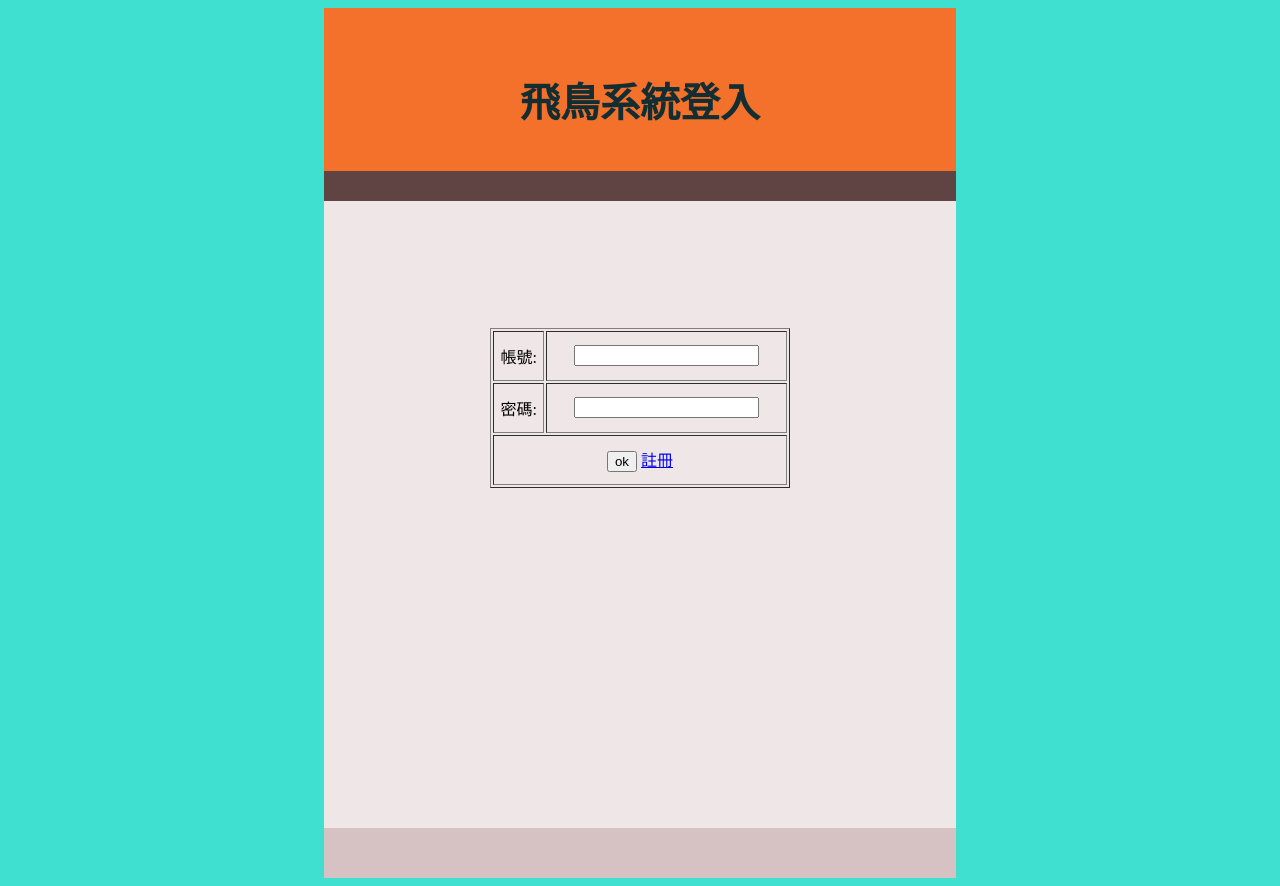
Repository: pride0420/portfolio
Page: Portfolio/1_springBoot/src/main/resources/static/index.html
These files come from the project's save history. The page is drawn as it stood at one moment and after the next save; the edit follows.
The browser window is 1280 px wide. The pictures show the whole page.

Above is the page before, as saved 2023-11-30 14:51:20.

After the next save:
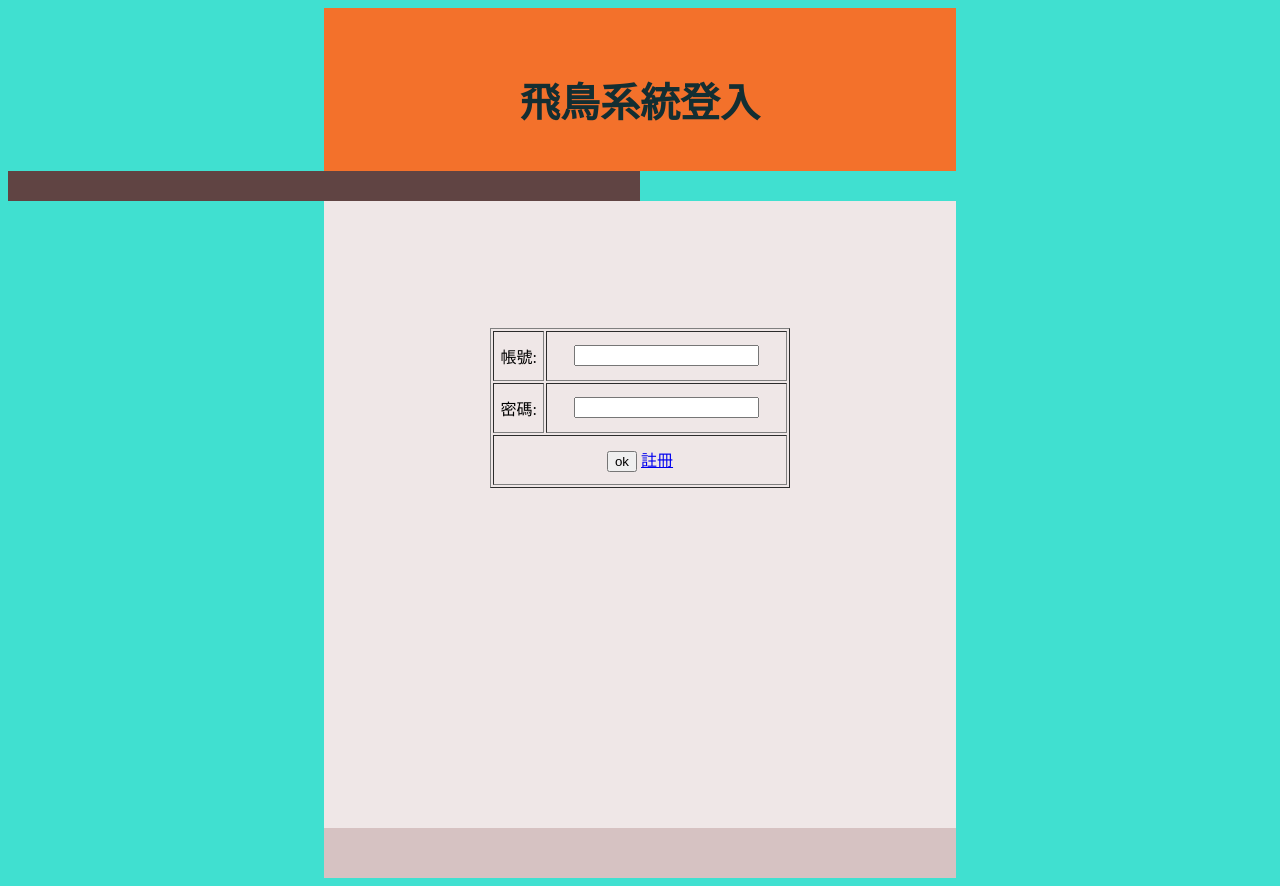
Saved 37 s later.
--- a/Portfolio/1_springBoot/src/main/resources/static/css/index.css
+++ b/Portfolio/1_springBoot/src/main/resources/static/css/index.css
@@ -18,7 +18,7 @@ body{
 	background-color:#604443;
 	width: 50%;
 	height:30px;
-	margin-left: 25%;
+
 	border-collapse:collapse;
 }
 #nav{
